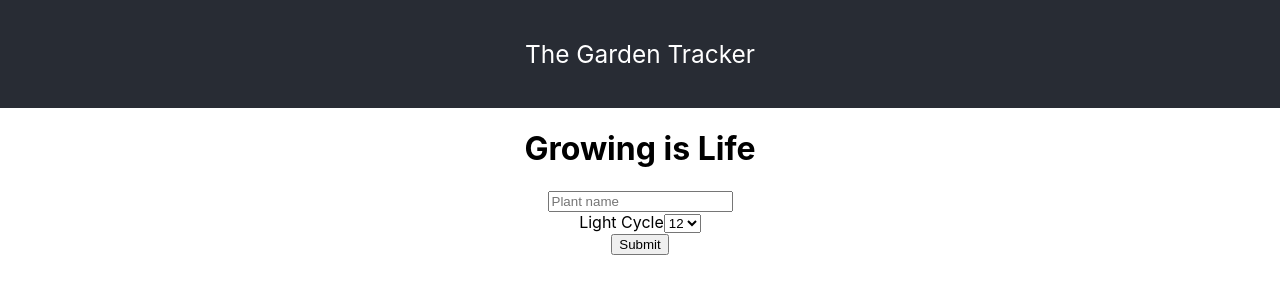
Repository: charliejp0311/gardentracker
Page: /harvest
An editor plug-in stored every save of this project. The page is shown before and after the next save, followed by the edit.
The browser window is 1280 px wide. The pictures show the whole page.
The project was rebuilt for these pictures with package versions that can differ from the ones it lists, and the page was loaded fresh each time.

Above is the page before, as saved 2020-10-27 17:15:17.

### public/index.html
<!DOCTYPE html>
<html lang="en">
  <head>
    <meta charset="utf-8" />
    <link rel="icon" href="%PUBLIC_URL%/sun-svgrepo-com.svg" />
    <meta name="viewport" content="width=device-width, initial-scale=1" />
    <meta name="theme-color" content="#000000" />
    <meta
      name="description"
      content="Web site created using create-react-app"
    />
    <link rel="apple-touch-icon" href="%PUBLIC_URL%/logo192.png" />
    <!--
      manifest.json provides metadata used when your web app is installed on a
      user's mobile device or desktop. See https://developers.google.com/web/fundamentals/web-app-manifest/
    -->
    <link rel="manifest" href="%PUBLIC_URL%/manifest.json" />
    <!--
      Notice the use of %PUBLIC_URL% in the tags above.
      It will be replaced with the URL of the `public` folder during the build.
      Only files inside the `public` folder can be referenced from the HTML.

      Unlike "/favicon.ico" or "favicon.ico", "%PUBLIC_URL%/favicon.ico" will
      work correctly both with client-side routing and a non-root public URL.
      Learn how to configure a non-root public URL by running `npm run build`.
    -->
    <title>Track Your Garden</title>
  </head>
  <body>
    <noscript>You need to enable JavaScript to run this app.</noscript>
    <div id="root"></div>
    <!--
      This HTML file is a template.
      If you open it directly in the browser, you will see an empty page.

      You can add webfonts, meta tags, or analytics to this file.
      The build step will place the bundled scripts into the <body> tag.

      To begin the development, run `npm start` or `yarn start`.
      To create a production bundle, use `npm run build` or `yarn build`.
    -->
  </body>
</html>

### src/index.js
import React from 'react';
import ReactDOM from 'react-dom';
import './index.css';
import App from './App';
import reportWebVitals from './reportWebVitals';
import reducer from './reducers/index'
import { Provider } from  'react-redux';
import { applyMiddleware, createStore } from 'redux';
import thunk from 'redux-thunk';

let store = createStore(reducer,applyMiddleware(thunk))

ReactDOM.render(
  <Provider store={store}>
    <App />
  </Provider>,
  document.getElementById('root')
);

// If you want to start measuring performance in your app, pass a function
// to log results (for example: reportWebVitals(console.log))
// or send to an analytics endpoint. Learn more: https://bit.ly/CRA-vitals
reportWebVitals();

### src/App.js
import './App.css';
import CreateGarden from './components/CreateGarden'

function App() {
  return (
    <div className="App">
      <header className="App-header">
        The Garden Tracker
      </header>
        <CreateGarden />
    </div>
  );
}

export default App;

### src/reducers/index.js
import { combineReducers } from 'redux';
import garden from './GardenReducer'

export default combineReducers({
    garden
})

### src/components/CreateGarden.js
import React, {Component} from 'react';
import { connect } from 'react-redux';
import Garden from './Garden';


class CreateGarden extends Component{

    state = {
        plants: [],
        notes: [],
        bugs: []
    }

    render(){
        return(
            <div>
                <Garden
                plants={this.state.plants}
                notes={this.state.notes}
                bugs={this.state.bugs} />
            </div>
        )
    };
};



export default connect()(CreateGarden);

### src/reducers/GardenReducer.js
export default function garden (state = {
    plants: []
},action){
    switch (action.type) {
        case 'ADD_GARDEN':

            break;
        case 'REMOVE_GARDEN':

            break;

        default:
            return state;
    }
};

### src/components/Garden.js
import React, {Component} from 'react';
import CreatePlant from './CreatePlant';
import Plant from './Plant';
import {connect} from 'react-redux';


class Garden extends Component{
    state = {
        plants: []
    }

    render(){
        let allPlants = this.state.plants.map(plant=>{return(
            <Plant key={plant.id} plant={plant} />
        )})
        return(
            <div className='garden-container' >
                <h1>Growing is Life</h1>
                <CreatePlant />
                {allPlants}
            </div>
        )
    }
}
const mapStateToProps=state=>{
    return{
        plants: state.plants,
        notes: state.notes,
        bugs: state.bugs
    }
}

export default connect(mapStateToProps)(Garden);

### src/components/CreatePlant.js
import React from 'react';

export default function CreatePlant(props){
    return(
        <form onSubmit={props.handleSubmit}>
            <input type='text' onChange={props.handleChange} value={props.state} placeholder='Plant name'/><br/>
            <label>Light Cycle</label>
            <select>
                <option value='12'>12</option>
                <option value='18'>18</option>
                <option value='24'>24</option>
            </select><br/>
            <input type='submit'/>
        </form>
    )
}

Loaded but not shown: src/index.css (common file); src/reportWebVitals.js (common file); src/App.css (common file); src/components/Plant.js (no stored copy; drawn as an empty file)

After the next save:
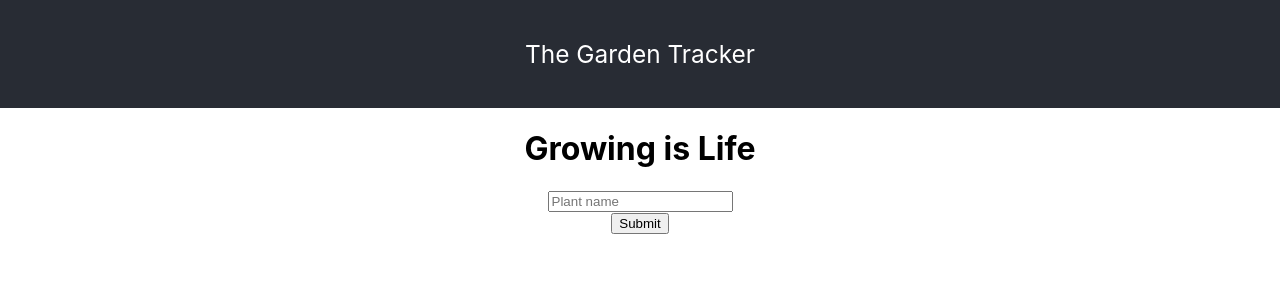
Saved 33 s later.
--- a/src/components/CreatePlant.js
+++ b/src/components/CreatePlant.js
@@ -4,12 +4,6 @@ export default function CreatePlant(props){
     return(
         <form onSubmit={props.handleSubmit}>
             <input type='text' onChange={props.handleChange} value={props.state} placeholder='Plant name'/><br/>
-            <label>Light Cycle</label>
-            <select>
-                <option value='12'>12</option>
-                <option value='18'>18</option>
-                <option value='24'>24</option>
-            </select><br/>
             <input type='submit'/>
         </form>
     )
